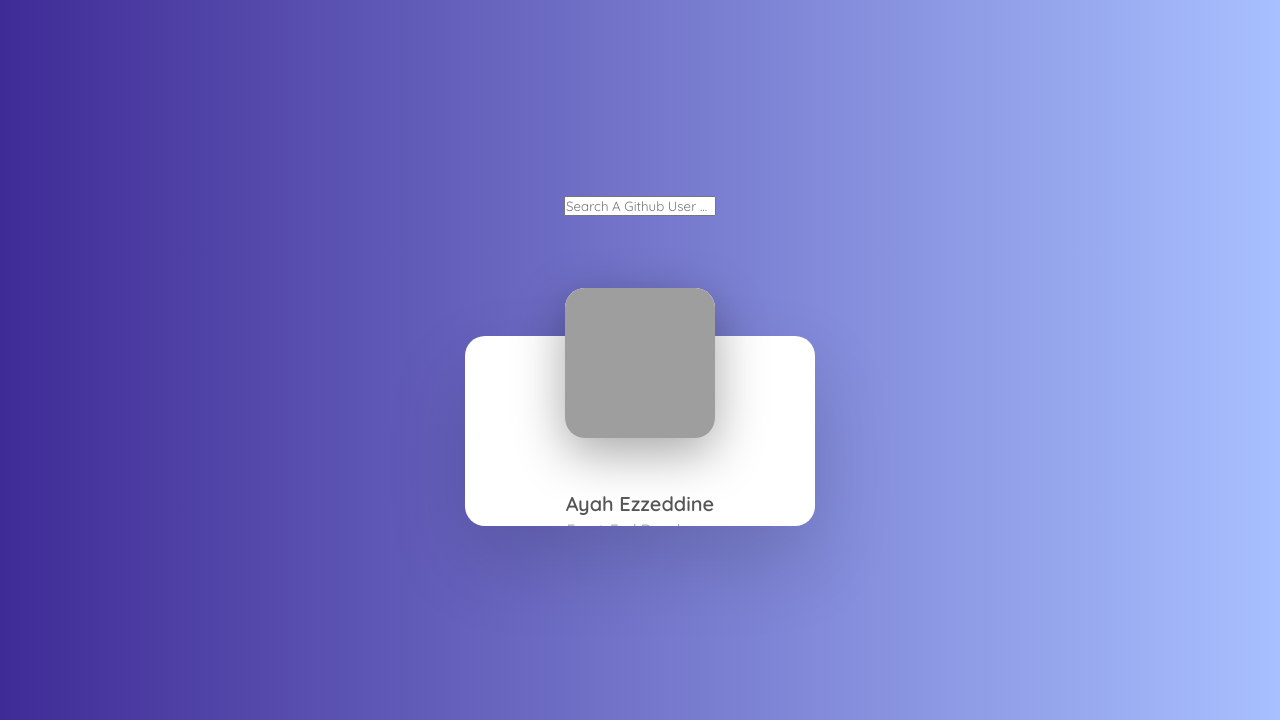
Repository: ayah1996/Github-Profiles
Page: index.html
The author's editor kept a copy of each file at every save. The page is drawn from the files as they stood at one save, then again after the next save.
The browser window is 1280 px wide. The pictures show the whole page.
Pictures or frames that could not be fetched are drawn as grey boxes. The page's requests for data from a server got no answer.

Above is the page before, as saved 2023-01-26 14:36:44.

### index.html
<!DOCTYPE html>
<html lang="en">
  <head>
    <meta charset="UTF-8" />
    <meta http-equiv="X-UA-Compatible" content="IE=edge" />
    <meta name="viewport" content="width=device-width, initial-scale=1.0" />
    <link rel="stylesheet" href="style.css" />
    <script src="script.js" defer></script>
    <title>Github Profile</title>
  </head>
  <body>
    <main id="main">
      <form id="form">
        <input type="text" id="search" placeholder="Search A Github User ..." />
      </form>
      <div class="card">
        <div class="imgBox">
          <img src="unnamed.jpg" alt="profile Image" />
        </div>
        <div class="content">
          <div class="details">
            <h2>Ayah Ezzeddine <br /><span> Front-End Developer </span></h2>
            <div class="data">
              <h3>342<br /><span>Followers</span></h3>
              <h3>342<br /><span>Following</span></h3>
              <h3>100<br /><span>Repos</span></h3>
            </div>
          </div>
        </div>
      </div>
    </main>
  </body>
</html>

### style.css
@import url("https://fonts.googleapis.com/css2?family=Quicksand:wght@400;500;600;700&display=swap");

* {
  margin: 0;
  padding: 0;
  box-sizing: border-box;
  font-family: "Quicksand", sans-serif;
}

body {
  margin: 0;
}

#main {
  display: flex;
  justify-content: center;
  flex-direction: column;
  align-items: center;
  min-height: 100vh;
  background: #a8c0ff; /* fallback for old browsers */ /* Chrome 10-25, Safari 5.1-6 */
  background: linear-gradient(
    to right,
    #3f2b96,
    #a8c0ff
  ); /* W3C, IE 10+/ Edge, Firefox 16+, Chrome 26+, Opera 12+, Safari 7+ */
}
#form {
  margin-bottom: 120px;
}

.card {
  position: relative;
  width: 350px;
  height: 190px;
  /* height: 450px; */
  background-color: #fff;
  border-radius: 20px;
  box-shadow: 0 35px 80px rgba(0, 0, 0, 0.15);
  transition: 0.5s;
}

.card:hover {
  height: 450px;
}

.imgBox {
  position: absolute;
  left: 50%;
  top: -25%;
  transform: translateX(-50%);
  width: 150px;
  height: 150px;
  background-color: #fff;
  border-radius: 20px;
  box-shadow: 0 15px 50px rgba(0, 0, 0, 0.35);
  overflow: hidden;
  transition: 0.5s;
}
.card:hover .imgBox {
  width: 250px;
  height: 250px;
}
.imgBox img {
  position: absolute;
  top: 0;
  left: 0;
  width: 100%;
  height: 100%;
  -o-object-fit: cover;
  object-fit: cover;
}

.card .content {
  position: absolute;
  width: 100%;
  height: 100%;
  display: flex;
  justify-content: center;
  align-items: flex-end;
  overflow: hidden;
}

.card .details {
  width: 100%;
  padding: 40px;
  text-align: center;
  transition: 0.5s;
  transform: translateY(135px);
}

.card:hover .details {
  transform: translateY(0px);
}
.card .details h2 {
  font-size: 1.25em;
  font-weight: 600;
  color: #555;
  line-height: 1.2em;
}

.card .details h2 span {
  font-size: 0.75em;
  font-weight: 500;
  opacity: 0.5;
}

.card .details .data {
  display: flex;
  justify-content: space-between;
  margin: 20px 0;
}

.card .details .data h3 {
  font-size: 1em;
  color: #555;
  line-height: 1.2em;
  font-weight: 600;
}
.card .details .data h3 span {
  font-size: 0.85em;
  font-weight: 400;
  opacity: 0.5;
}

### script.js
const APIURL = "https://api.github.com/users/";

const main = document.getElementById("main");
const form = document.getElementById("form");
const search = document.getElementById("search");

getUser("ayah1996");

async function getUser(username) {
  const response = await fetch(APIURL + username);
  const data = await response.json();

  createUserCard(data);
  getRepos(username);
}

async function getRepos(username) {
  const response = await fetch(APIURL + username + "/repos");
  const data = await response.json();

  addReposToCard(data);
}

function createUserCard(user) {
  const cardHTML = ``;
}

After the next save:
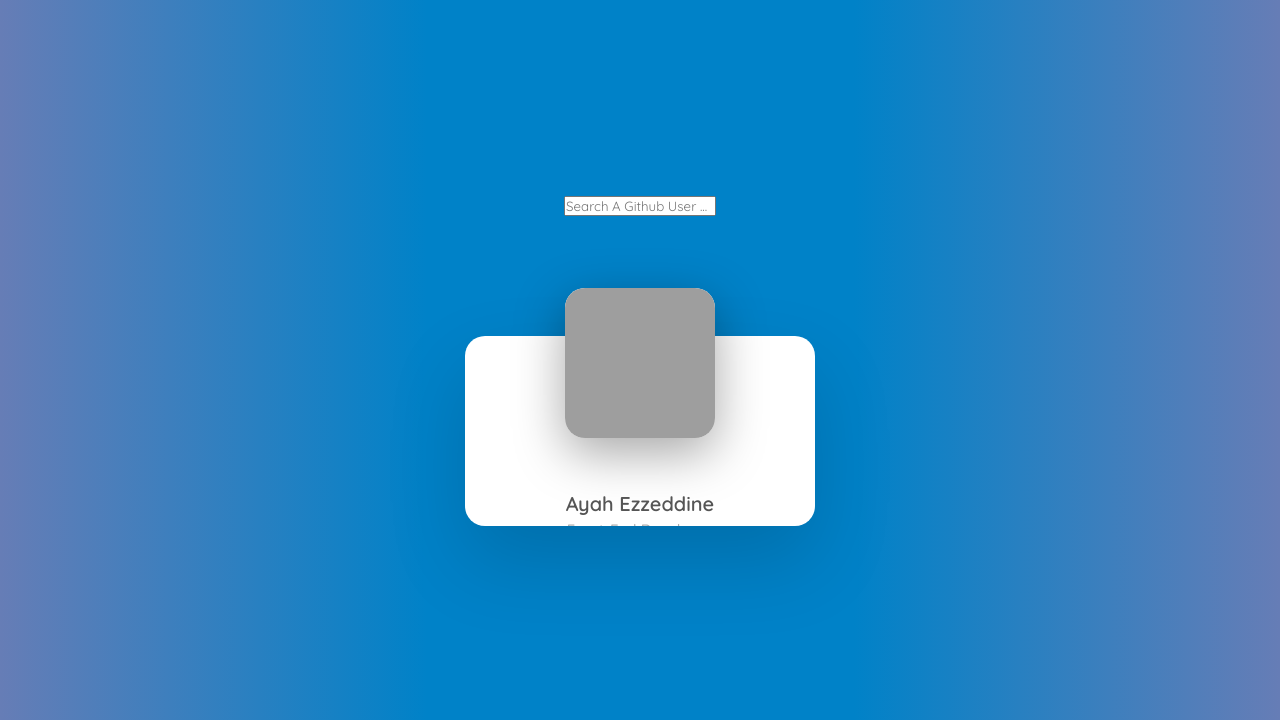
Saved 64 s later.
--- a/style.css
+++ b/style.css
@@ -17,11 +17,13 @@ body {
   flex-direction: column;
   align-items: center;
   min-height: 100vh;
-  background: #a8c0ff; /* fallback for old browsers */ /* Chrome 10-25, Safari 5.1-6 */
+  background: #667db6; /* fallback for old browsers */ /* Chrome 10-25, Safari 5.1-6 */
   background: linear-gradient(
     to right,
-    #3f2b96,
-    #a8c0ff
+    #667db6,
+    #0082c8,
+    #0082c8,
+    #667db6
   ); /* W3C, IE 10+/ Edge, Firefox 16+, Chrome 26+, Opera 12+, Safari 7+ */
 }
 #form {
